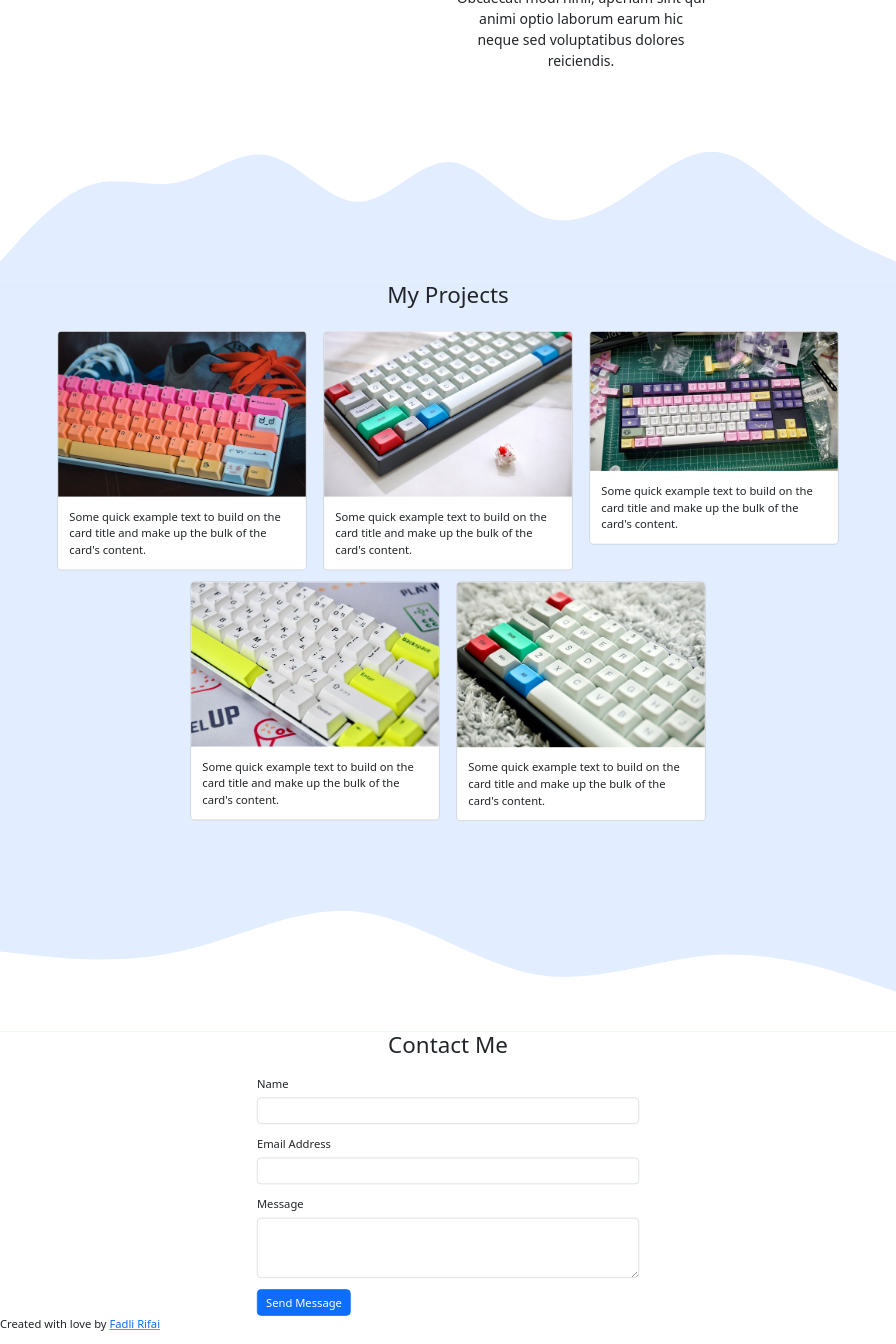
Repository: fadlyyy/fadli-dev.github.io
Page: index.html
The author's editor kept a copy of each file at every save. The page is drawn from the files as they stood at one save, then again after the next save.
The browser window is 1280 px wide. The pictures show the part of the page from y = 1084 to 3004 px (the page is 3004 px tall), at 70% of full size.

Above is the page before, as saved 2024-01-19 15:58:37.

After the next save:
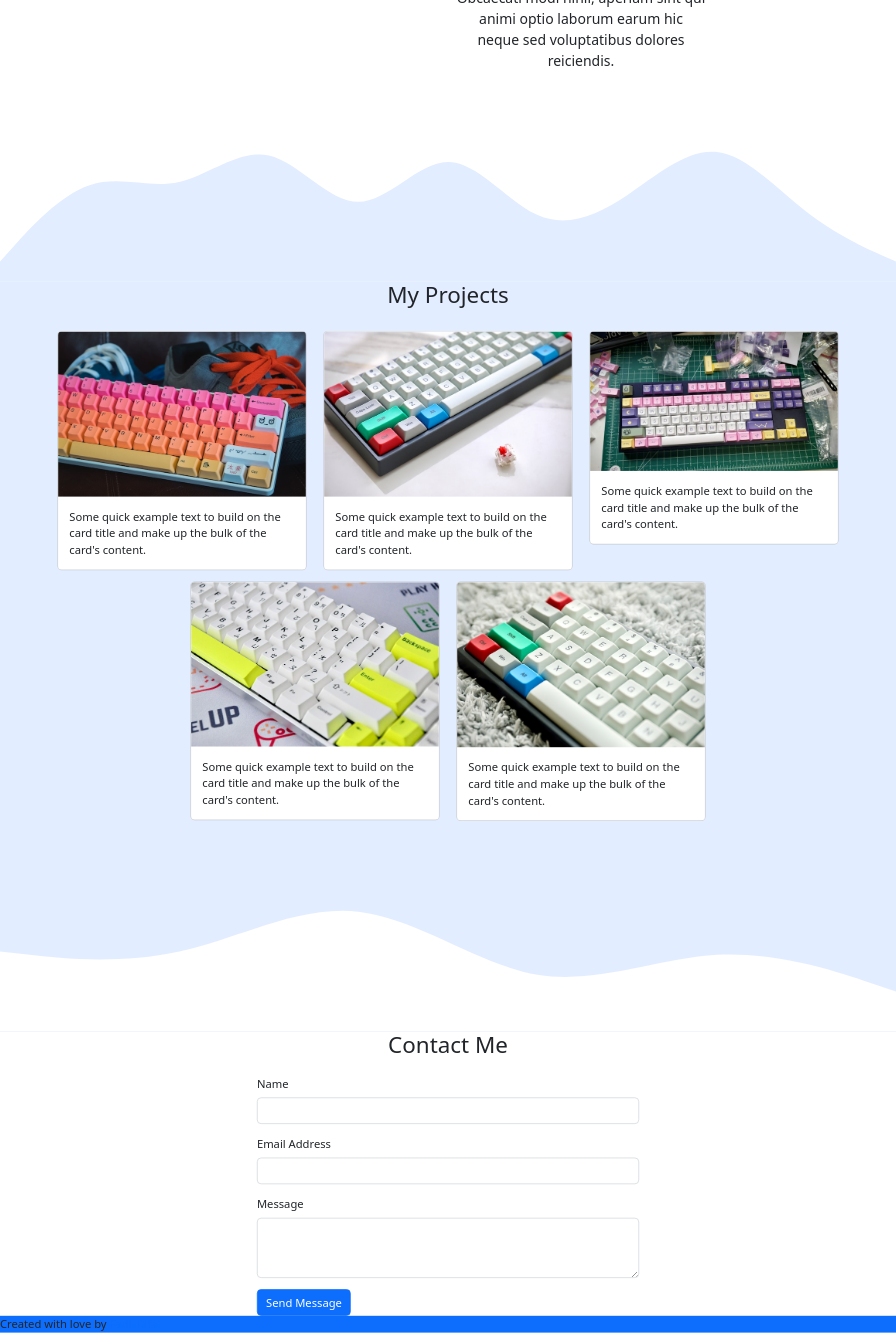
Saved 6 s later.
--- a/index.html
+++ b/index.html
@@ -169,7 +169,7 @@
     <!-- End Contact -->
 
     <!-- Footer -->
-    <footer>
+    <footer class="bg-primary">
       <p>Created with love by <a href="#">Fadli Rifai</a></p>
     </footer>
     <!-- Footer End -->
